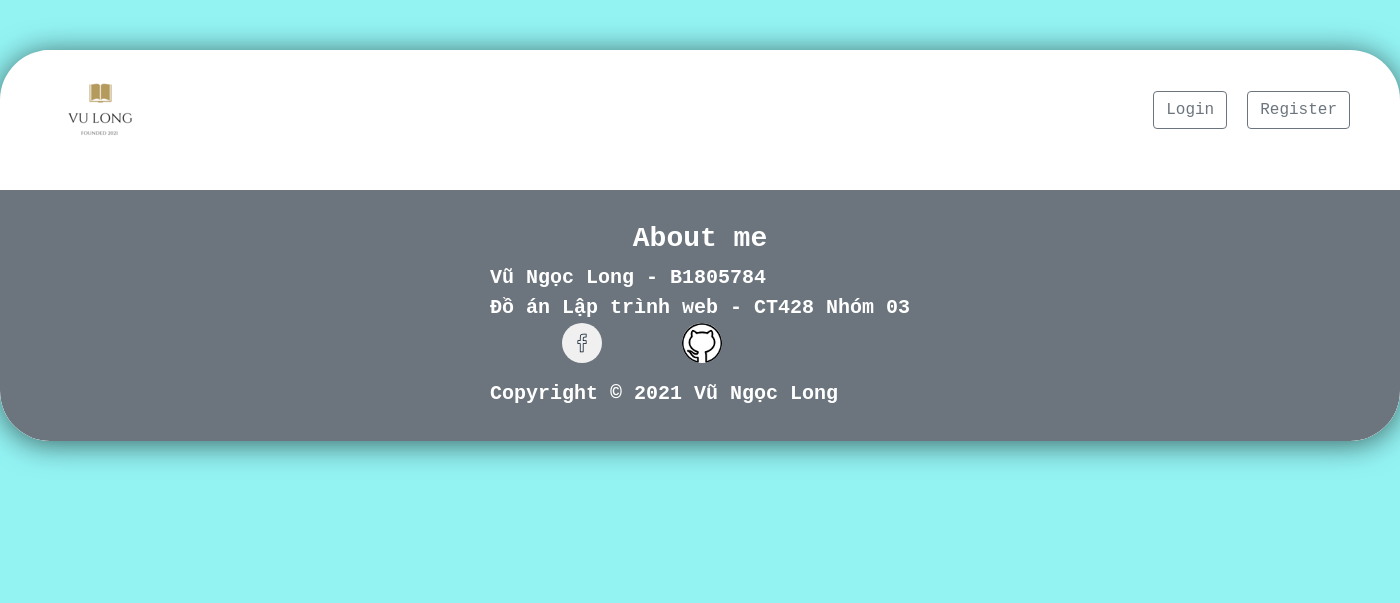
Repository: VuNgocLong2626/exercise_web_CT428
Page: VuNgocLongB1805784/user/chitiet.html
The author's editor kept a copy of each file at every save. The page is drawn from the files as they stood at one save, then again after the next save.
The browser window is 1280 px wide. The page is 1400 px wide, so the pictures cover 1400 px, including what lies to the right of the window. The pictures show the whole page.

Above is the page before, as saved 2021-10-04 18:34:32.

After the next save:
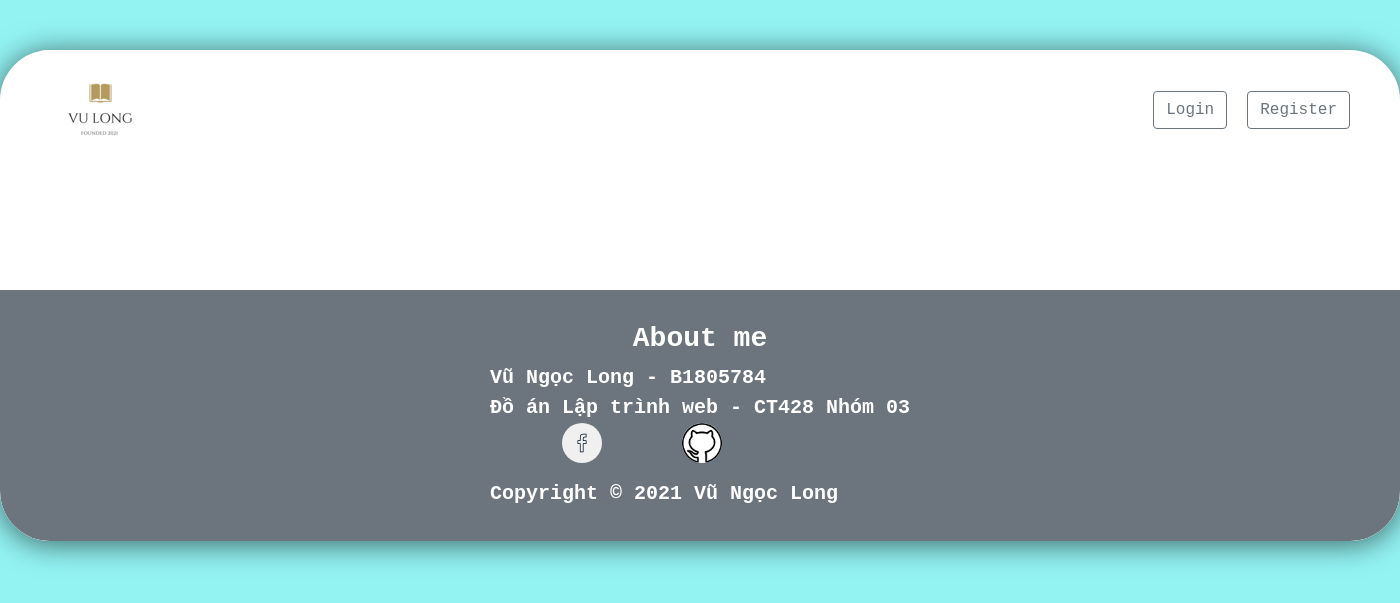
Saved 10 s later.
--- a/VuNgocLongB1805784/user/chitiet.html
+++ b/VuNgocLongB1805784/user/chitiet.html
@@ -18,7 +18,7 @@
             </div>
         </div>
 
-        <div style="width: 100%;">
+        <div style="width: 100%;height: 100px;">
 
         </div>
 
